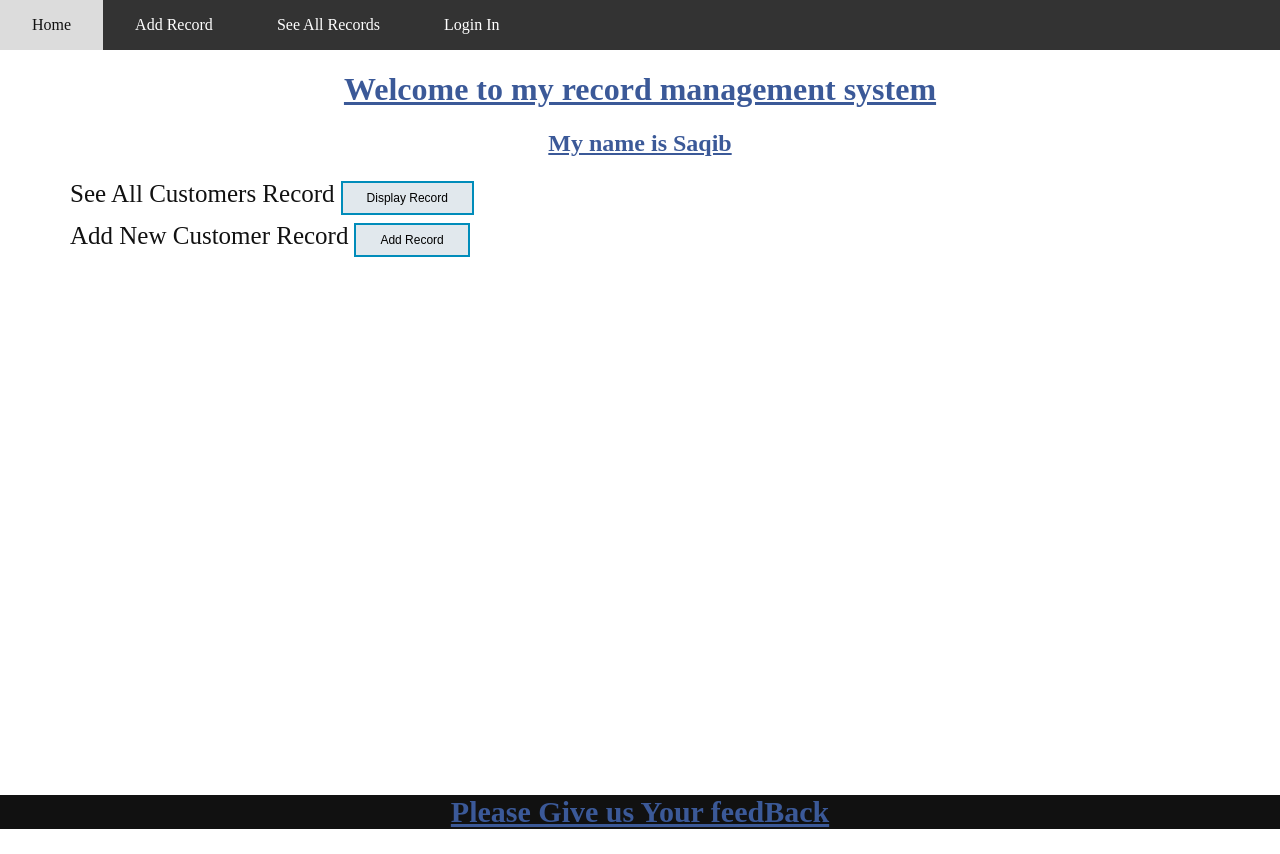
Repository: MUHAMMAD-SAQIB-2000/SpringBoot
Page: http://localhost/WebServiceRecordManagementSystem/home.jsp
An editor plug-in stored every save of this project. The page is shown before and after the next save, followed by the edit.
The browser window is 1280 px wide. The pictures show the whole page.
The page is served by Tomcat 9.

Above is the page before, as saved 2020-08-12 13:38:27.

After the next save:
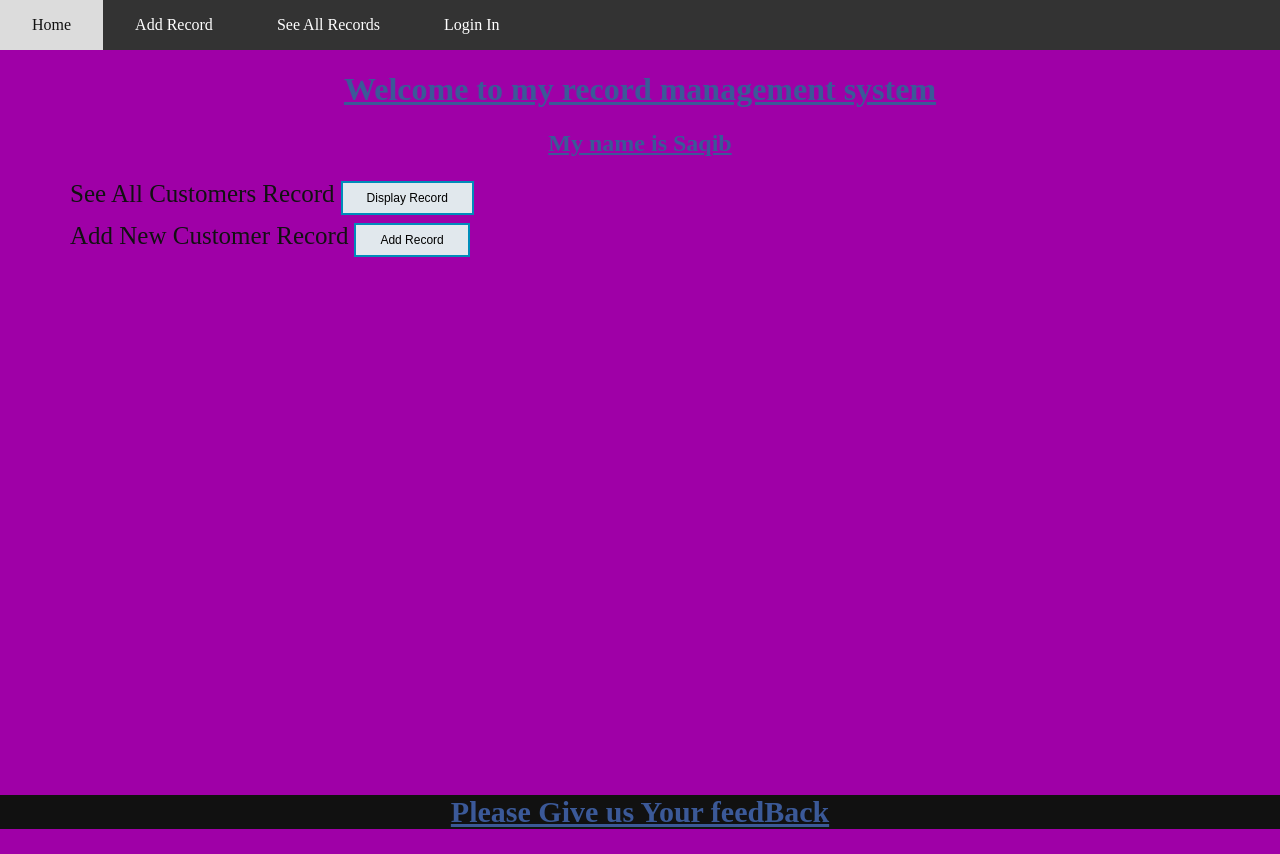
Saved 6 min 41 s later.
--- a/WebServiceRecordManagementSystem/src/main/webapp/style.css
+++ b/WebServiceRecordManagementSystem/src/main/webapp/style.css
@@ -3,6 +3,7 @@
 body {
 	margin: 0px;
 	padding: 0px;
+	background-color:#9f00a7;
 }
 
 ul {
